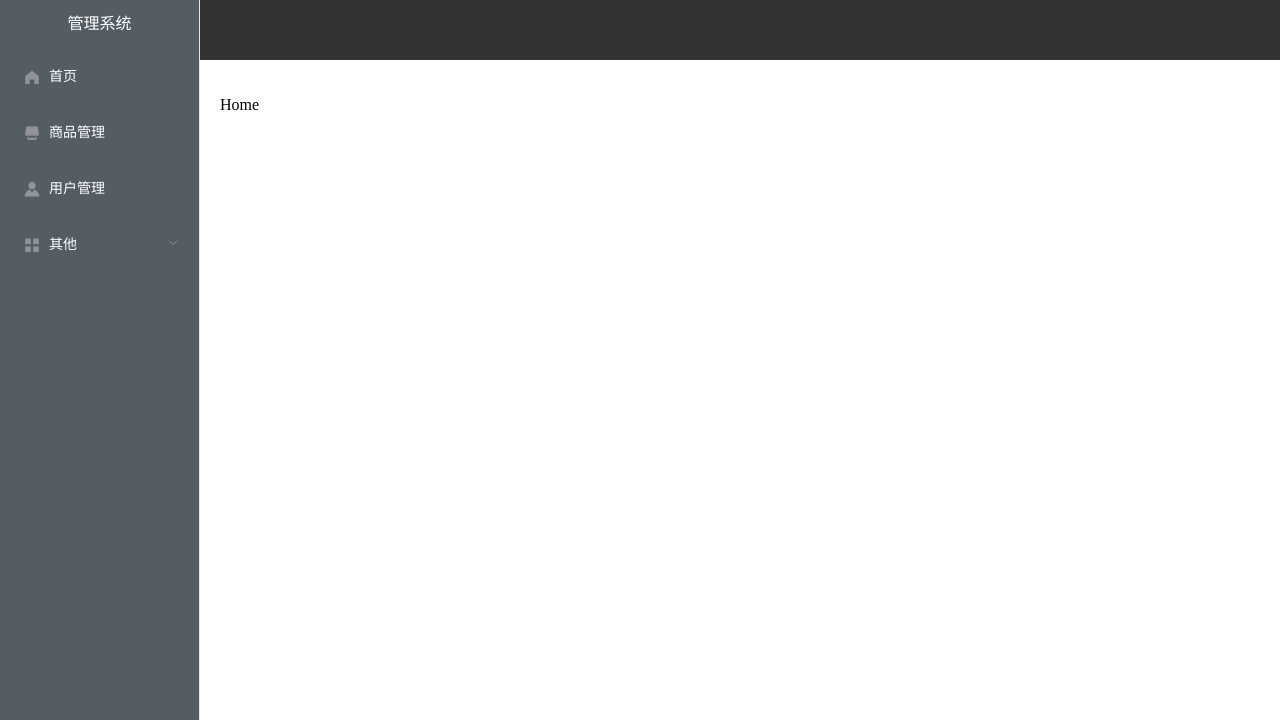
Repository: tkqi/manage
Page: /#/
These files come from the project's save history. The page is drawn as it stood at one moment and after the next save; the edit follows.
The browser window is 1280 px wide. The pictures show the whole page.
The project was rebuilt for these pictures with package versions that can differ from the ones it lists, and the page was loaded fresh each time. Also part of the build but not shown: vue.config.js.

Above is the page before, as saved 2023-12-01 16:00:57.

After the next save:
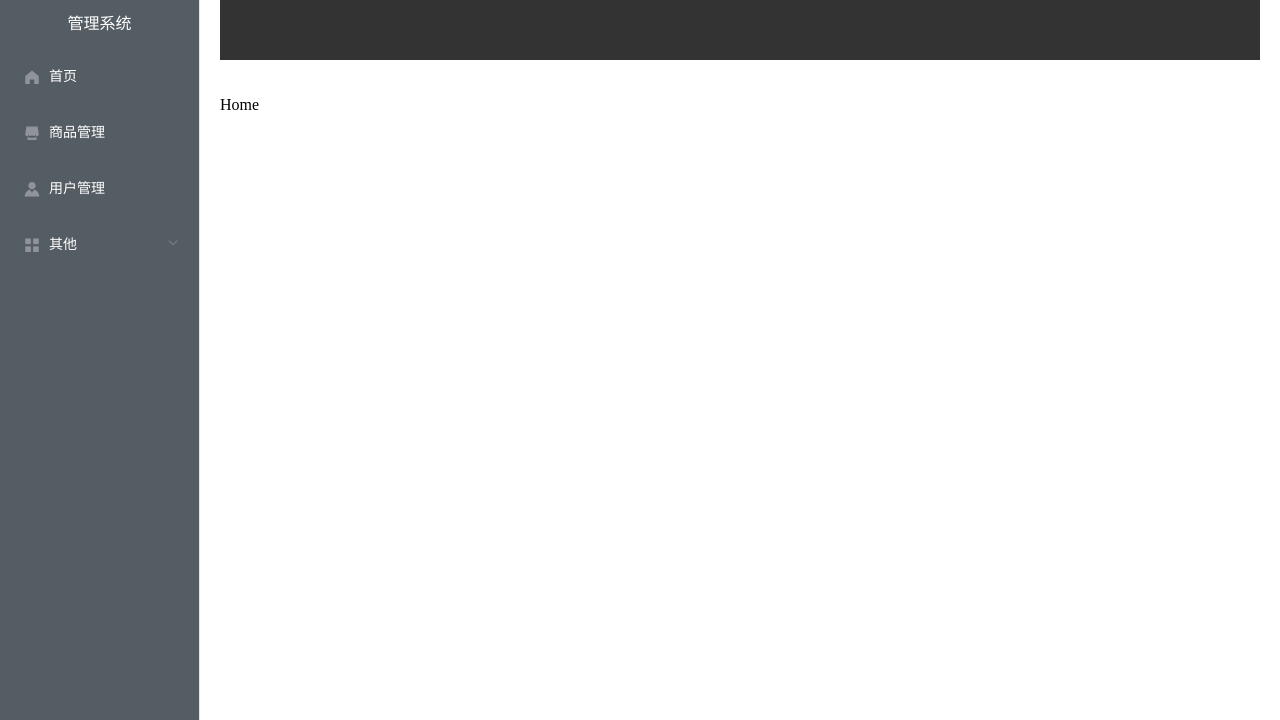
Saved 18 s later.
--- a/src/views/Main.vue
+++ b/src/views/Main.vue
@@ -26,11 +26,8 @@
 </script>
 
 <style lang="less" scoped>
-.el-header{
-    padding: 0;
-    margin: 0;
-}
-.el-aside {
+el-header,
+el-aside {
     padding: 0;
     margin: 0;
 }

After the save that followed:
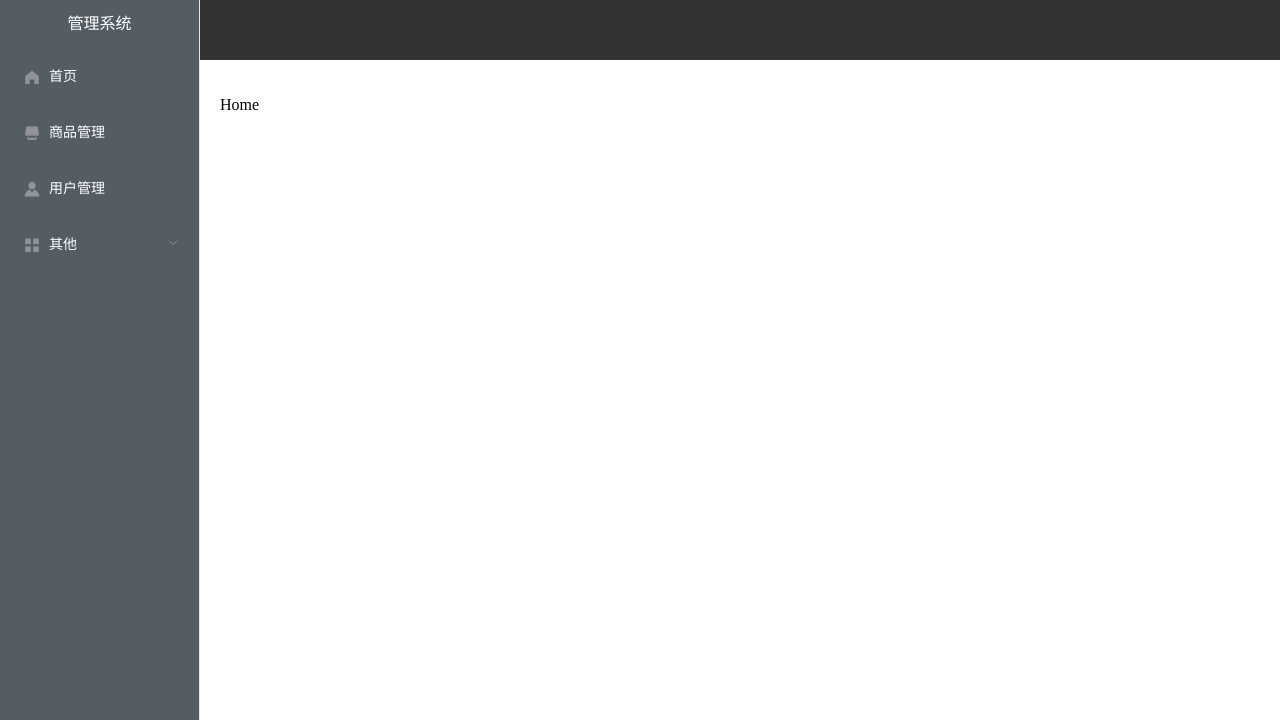
Saved 33 s later.
--- a/src/views/Main.vue
+++ b/src/views/Main.vue
@@ -26,8 +26,8 @@
 </script>
 
 <style lang="less" scoped>
-el-header,
-el-aside {
+.el-header,
+.el-aside {
     padding: 0;
     margin: 0;
 }
